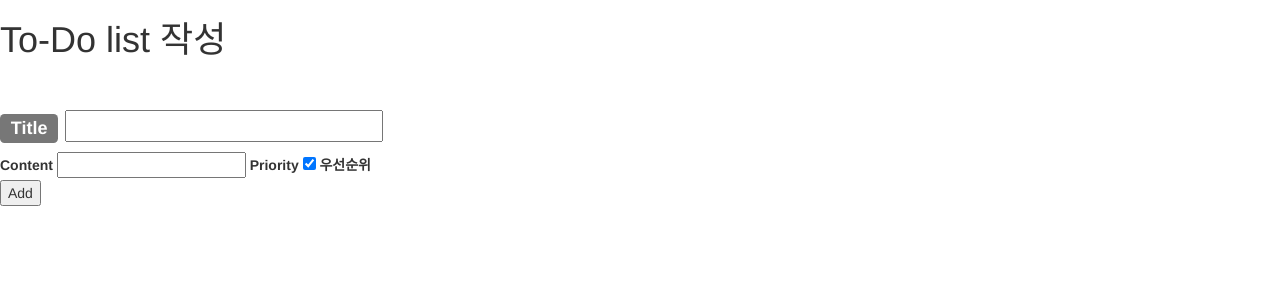
Repository: qudgns200/Toy_01_ToDoList
Page: http://localhost/ToDoList/jsp/writeForm.jsp
The author's editor kept a copy of each file at every save. The page is drawn from the files as they stood at one save, then again after a run of saves.
The browser window is 1280 px wide. The pictures show the whole page.
The page is served by Tomcat 9. Nobody is signed in. The application's start-up code is not run.

Above is the page before, as saved 2019-11-07 04:39:58.
Console error (its wording comes from the project's code and is left out).

After the next 3 saves:
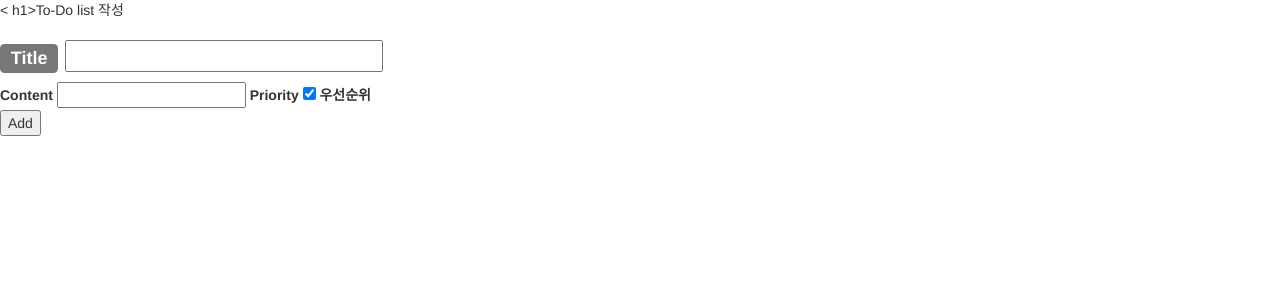
The 3 saves are shown as one change because they came seconds apart.
The last was saved 14 s later.
--- a/ToDoList/WebContent/jsp/writeForm.jsp
+++ b/ToDoList/WebContent/jsp/writeForm.jsp
@@ -13,9 +13,9 @@
 <!--  --------- -->
 </head>
 <body>
+	< h1>To-Do list 작성
+	</h1>
 	<form method="post" action="write.do">
-		<h1>To-Do list 작성</h1>
-		<br>
 		<h3>
 			<span class="label label-default">Title</span> <span><input
 				type="text" name="title" id="title" /></span>
